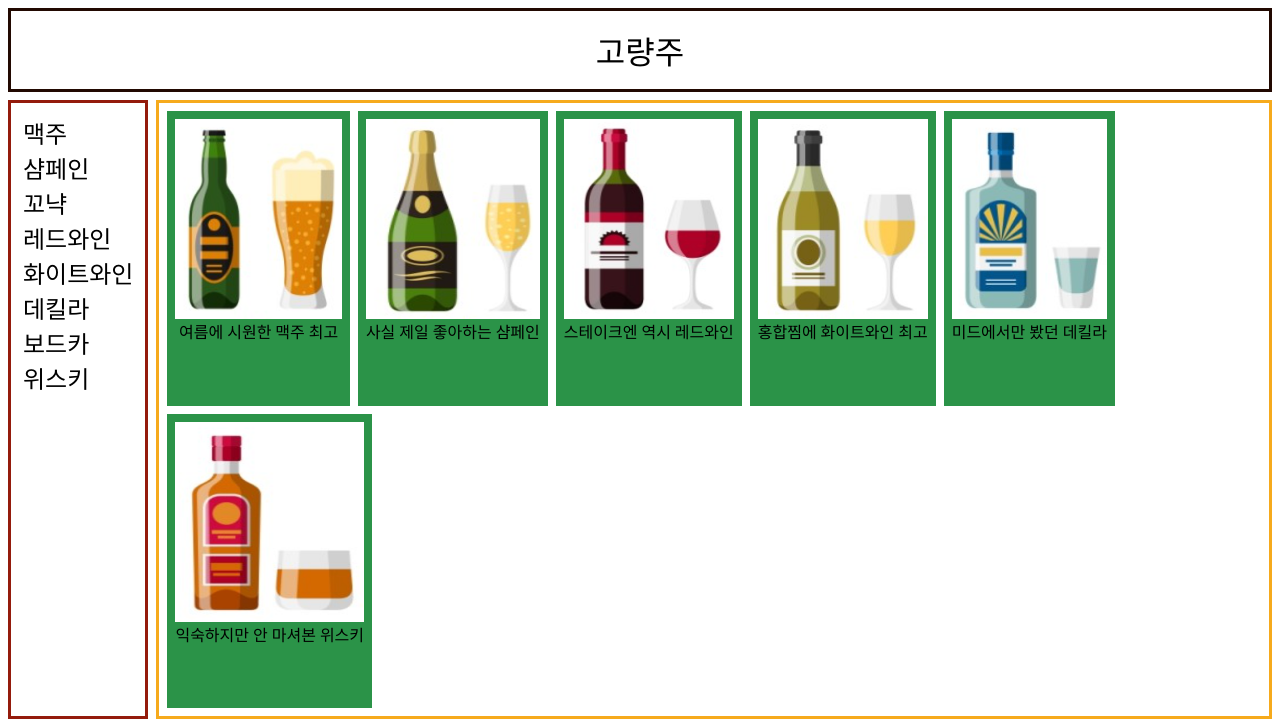
Repository: Jay-JYKim91/grj_2nd_week
Page: index.html
An editor plug-in stored every save of this project. The page is shown before and after the next save, followed by the edit.
The browser window is 1280 px wide. The pictures show the whole page.
Some web fonts or font styles are not loaded; a fallback is used.

Above is the page before, as saved 2022-05-03 14:41:51.

After the next save:
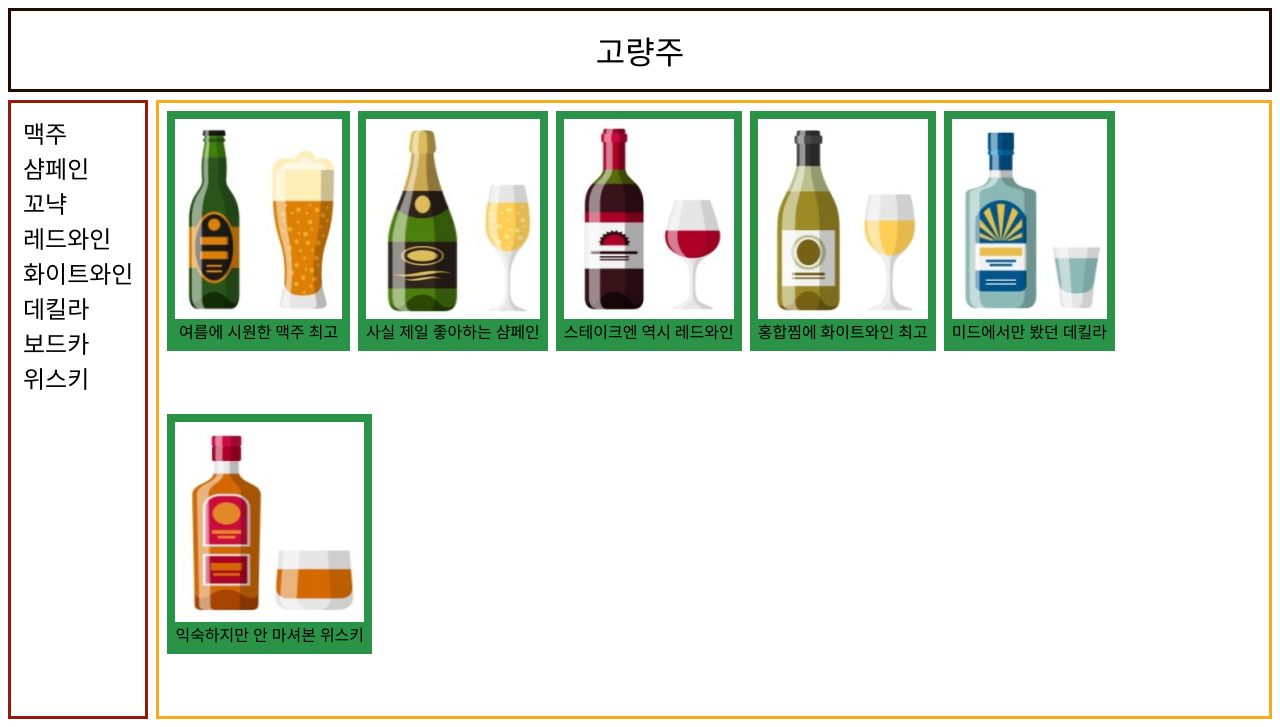
Saved 27 s later.
--- a/styles.css
+++ b/styles.css
@@ -43,7 +43,7 @@ aside {
   background-color: #2b9348;
   padding: 0.5em;
   text-align: center;
-  height: auto;
+  height: fit-content;
 }
 
 .card img {
